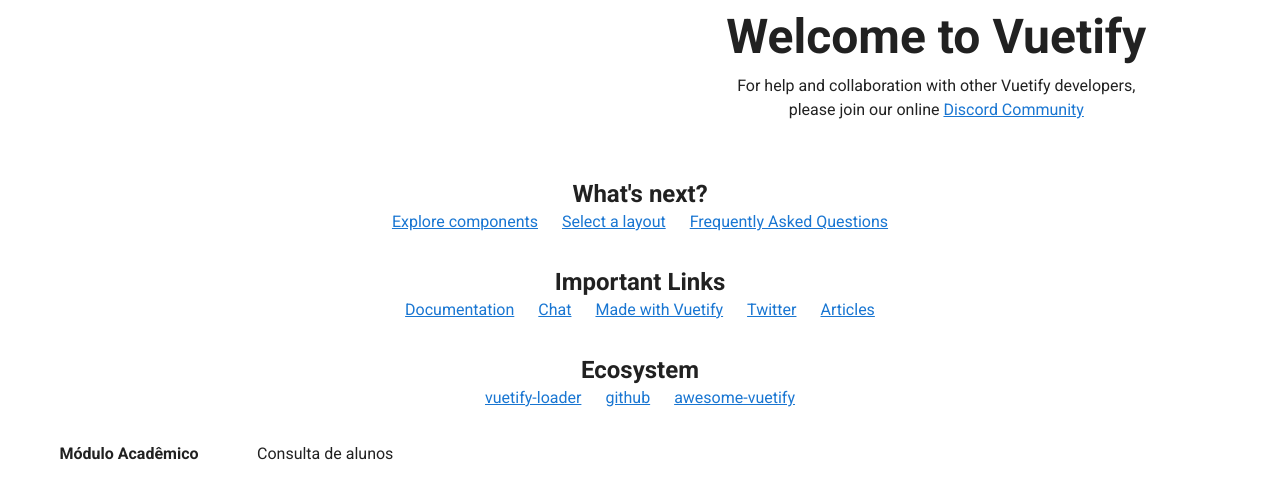
Repository: sergiohidekiono/vue-student
Page: /
An editor plug-in stored every save of this project. The page is shown before and after the next save, followed by the edit.
The browser window is 1280 px wide. The pictures show the whole page.
The project was rebuilt for these pictures with package versions that can differ from the ones it lists, and the page was loaded fresh each time. Also part of the build but not shown: vue.config.js.

Above is the page before, as saved 2024-08-07 09:12:14.

After the next save:
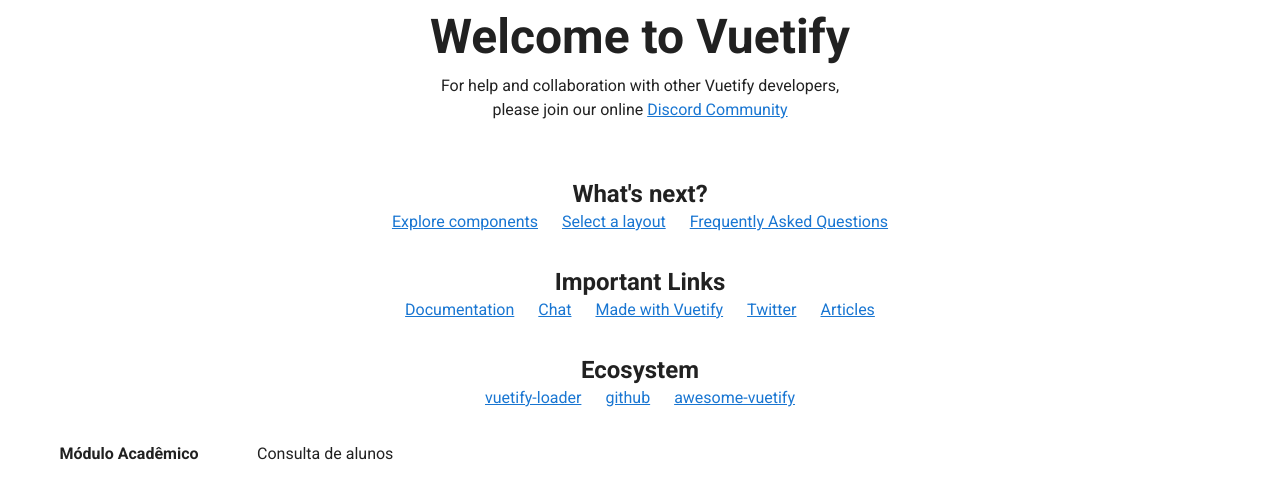
Saved 5 s later.
--- a/src/components/HelloWorld.vue
+++ b/src/components/HelloWorld.vue
@@ -1,11 +1,11 @@
 <template>
   <v-container>
     <v-row class="text-center">
-      <v-col>
+      <!-- <v-col>
         <div class="d-flex align-start">
           <v-img :src="require('./assets/logo.png')" class="my-3" contain height="100" />
         </div>
-      </v-col>
+      </v-col> -->
       <v-col class="mb-4">
         <h1 class="display-2 font-weight-bold mb-3">
           Welcome to Vuetify

After the save that followed:
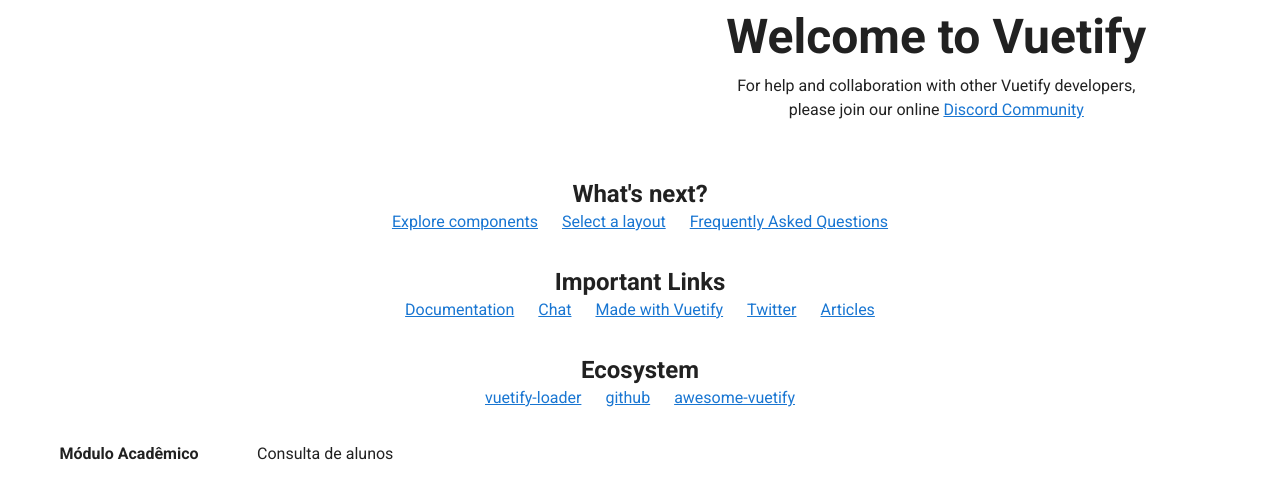
Saved 10 s later.
--- a/src/components/HelloWorld.vue
+++ b/src/components/HelloWorld.vue
@@ -1,11 +1,11 @@
 <template>
   <v-container>
     <v-row class="text-center">
-      <!-- <v-col>
+      <v-col>
         <div class="d-flex align-start">
-          <v-img :src="require('./assets/logo.png')" class="my-3" contain height="100" />
+          <v-img :src="require('../assets/logo.png')" class="my-3" contain height="100" />
         </div>
-      </v-col> -->
+      </v-col>
       <v-col class="mb-4">
         <h1 class="display-2 font-weight-bold mb-3">
           Welcome to Vuetify
